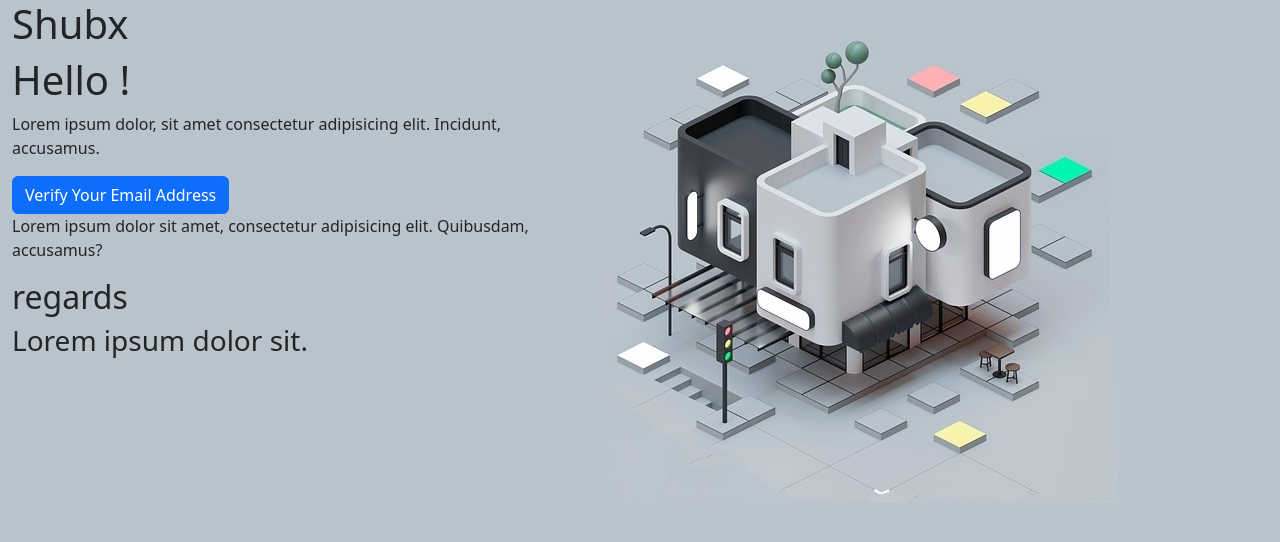
Repository: Aayush919/taskui
Page: index.html
The author's editor kept a copy of each file at every save. The page is drawn from the files as they stood at one save, then again after a run of saves.
The browser window is 1280 px wide. The pictures show the whole page.

Above is the page before, as saved 2024-01-12 13:17:48.

### index.html
<!DOCTYPE html>
<html lang="en">

<head>
  <meta charset="utf-8">
  <meta name="viewport" content="width=device-width, initial-scale=1">
  <title>Bootstrap demo</title>
  <link href="https://cdn.jsdelivr.net/npm/bootstrap@5.3.2/dist/css/bootstrap.min.css" rel="stylesheet"
    integrity="sha384-T3c6CoIi6uLrA9TneNEoa7RxnatzjcDSCmG1MXxSR1GAsXEV/Dwwykc2MPK8M2HN" crossorigin="anonymous">
  <link rel="stylesheet" href="style.css">
  <style>
    /* Add this style for responsive images */
    .right img {
      max-width: 100%;
      height: auto;
    }
  </style>
</head>

<body >
  <div class="bg-light custom-bg">
  <div class="container-fluid custom-bg">
    <div class="row">
      <div class="col-lg-6 left">
        <div class="top">
          <h1>Shubx</h1>
          <h1>Hello !</h1>
          <p>Lorem ipsum dolor, sit amet consectetur adipisicing elit. Incidunt, accusamus.</p>
          <button class="btn btn-primary">Verify Your Email Address</button>
          <p>Lorem ipsum dolor sit amet, consectetur adipisicing elit. Quibusdam, accusamus?</p>
          <h2>regards</h2>
          <h3>Lorem ipsum dolor sit.</h3>
        </div>
      </div>
      <div class="col-lg-6 right">
        <img src="./bg.jpg" alt="Background Image" class="img-fluid">
      </div>
    </div>
  </div>
  </div>

  <script src="https://cdn.jsdelivr.net/npm/bootstrap@5.3.2/dist/js/bootstrap.bundle.min.js"
    integrity="sha384-C6RzsynM9kWDrMNeT87bh95OGNyZPhcTNXj1NW7RuBCsyN/o0jlpcV8Qyq46cDfL"
    crossorigin="anonymous"></script>
</body>

</html>

### style.css

@font-face {
    font-family: 'title';

    src:url('https://fonts.googleapis.com/css2?family=Oswald:wght@500&display=swap');

}
*{
margin: 0;
padding: 0;
box-sizing: border-box;

}


html,body{
    height: 100%;
    width: 100%;

}

.custom-bg{
    background-color:#B9C3CC;
    min-height: 100vh;
    width: 100%;
    display: flex;
    justify-content: space-between;


}

After the next 6 saves:
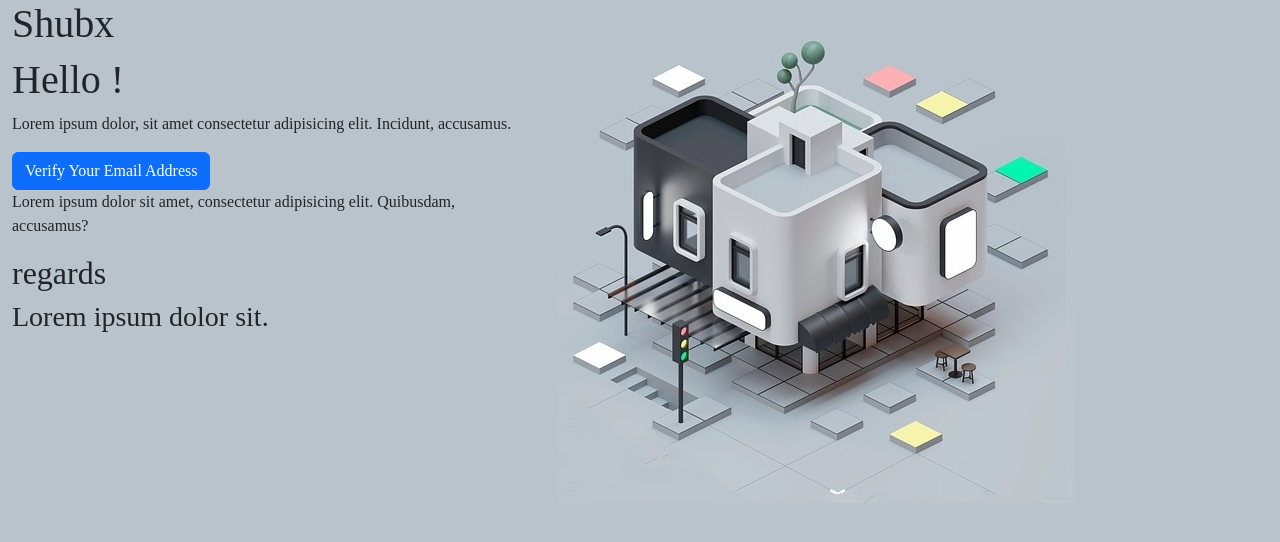
The 6 saves are shown as one change because they came seconds apart.
The last was saved 14 s later.
--- a/style.css
+++ b/style.css
@@ -9,6 +9,7 @@
 margin: 0;
 padding: 0;
 box-sizing: border-box;
+font-family: 'title';
 
 }
 

After the save that followed:
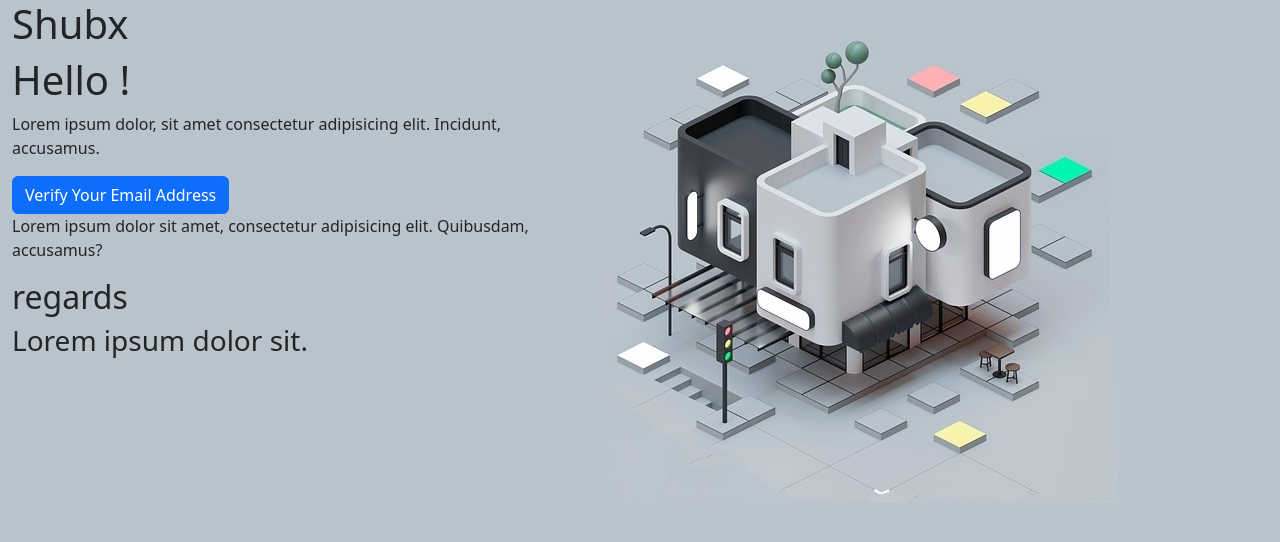
Saved 13 s later.
--- a/style.css
+++ b/style.css
@@ -9,7 +9,7 @@
 margin: 0;
 padding: 0;
 box-sizing: border-box;
-font-family: 'title';
+/* font-family: 'title'; */
 
 }
 
